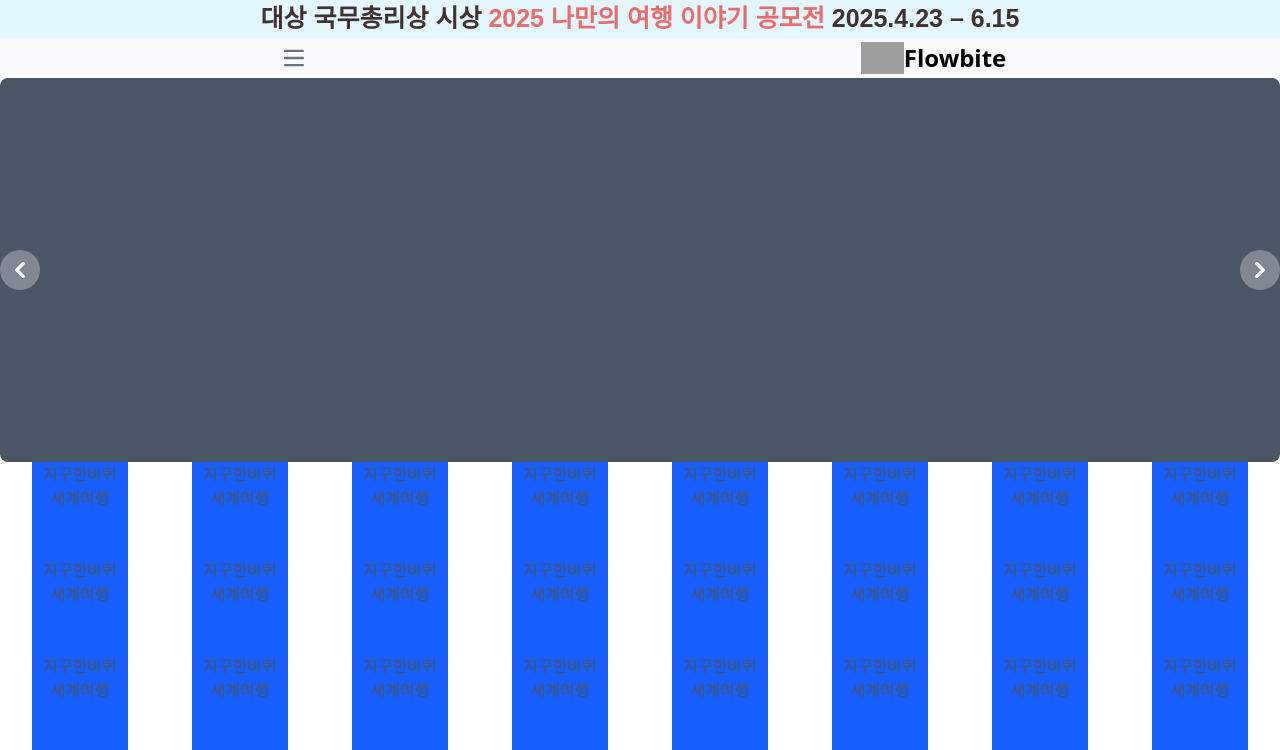
Repository: hyerim1234/travelblog
Page: html/index.html
An editor plug-in stored every save of this project. The page is shown before and after a run of saves, followed by the edit.
The browser window is 1280 px wide. The pictures show the whole page.
Pictures or frames that could not be fetched are drawn as grey boxes. Some web fonts or font styles are not loaded; a fallback is used. The style sheet was rebuilt from its Sass, Less or Tailwind sources for each picture, by a compiler version that may differ from the author's.

Above is the page before, as saved 2025-05-19 15:38:41.

### html/index.html
<!DOCTYPE html>
<html lang="en">
<head>
    <meta charset="UTF-8">
    <meta name="viewport" content="width=device-width, initial-scale=1.0">
    <title>여행블로그_250516</title>
    <link rel="stylesheet" href="../css/index.css">
    <link rel="preload" as="font" href="https://fastly.jsdelivr.net/gh/projectnoonnu/noonfonts_2102-01@1.0/RixYeoljeongdo_Regular.woff" type="font/woff" crossorigin>
    <script src="https://cdn.jsdelivr.net/npm/@tailwindcss/browser@4" defer></script>

</head>

<body>
   <!-- 1) 이벤트 배너 -->
  <div id="event-banner">
    <h1>
        대상 국무총리상 시상
        <span >2025 나만의 여행 이야기 공모전</span>
        2025.4.23 – 6.15
    </h1>
  </div>


  <!-- 주 네비게이션 메뉴 -->
  <nav class="border-gray-200 bg-gray-50">
    <div class="max-w-screen-xl flex flex-wrap items-center p-4">

      <!-- <a href="#" class="flex items-center space-x-3 rtl:space-x-reverse">
          <img src="https://flowbite.com/docs/images/logo.svg" class="h-8" alt="Flowbite Logo" />
          <span class="self-center text-2xl font-semibold whitespace-nowrap dark:text-white">Flowbite</span>
      </a> -->

      <button data-collapse-toggle="navbar-hamburger" type="button" class="inline-flex items-center justify-center p-2 w-10 h-10 text-sm text-gray-500 rounded-lg hover:bg-gray-100 focus:outline-none focus:ring-2 focus:ring-gray-200 dark:text-gray-400 dark:hover:bg-gray-700 dark:focus:ring-gray-600" aria-controls="navbar-hamburger" aria-expanded="false">
        <span class="sr-only">Open main menu</span>
        <svg class="w-5 h-5" aria-hidden="true" xmlns="http://www.w3.org/2000/svg" fill="none" viewBox="0 0 17 14">
            <path stroke="currentColor" stroke-linecap="round" stroke-linejoin="round" stroke-width="2" d="M1 1h15M1 7h15M1 13h15"/>
        </svg>
      </button>

        <a href="#" class="flex items-center space-x-3 ">
          <img src="https://flowbite.com/docs/images/logo.svg" class="h-8" alt="Flowbite Logo" />
          <span class="self-center text-2xl font-semibold whitespace-nowrap dark:text-white">Flowbite</span>
        </a>

      <div class="hidden w-full" id="navbar-hamburger">
        <ul class="flex flex-col font-medium mt-4 rounded-lg bg-gray-50 dark:bg-gray-800 dark:border-gray-700">
          <li>
            <a href="#" class="block py-2 px-3 text-white bg-blue-700 rounded-sm dark:bg-blue-600" aria-current="page">Home</a>
          </li>
          <li>
            <a href="#" class="block py-2 px-3 text-gray-900 rounded-sm hover:bg-gray-100 dark:text-gray-400 dark:hover:bg-gray-700 dark:hover:text-white">Services</a>
          </li>
          <li>
            <a href="#" class="block py-2 px-3 text-gray-900 rounded-sm hover:bg-gray-100 dark:text-gray-400 md:dark:hover:text-white dark:hover:bg-gray-700 dark:hover:text-white">Pricing</a>
          </li>
          <li>
            <a href="#" class="block py-2 px-3 text-gray-900 rounded-sm hover:bg-gray-100 dark:text-gray-400 dark:hover:bg-gray-700 dark:hover:text-white">Contact</a>
          </li>
        </ul>
      </div>
    </div>
  </nav>



<main class="py-8">
  <!-- 2) 슬라이더 섹션 -->
  <div id="controls-carousel" class="relative w-full" data-carousel="static">
      <!-- Carousel wrapper -->
      <div class="relative h-56 overflow-hidden rounded-lg md:h-96 bg-gray-600">
          <!-- Item 1 -->
          <div class="hidden duration-700 ease-in-out" data-carousel-item>
              <img src="/docs/images/carousel/carousel-1.svg" class="absolute block w-full -translate-x-1/2 -translate-y-1/2 top-1/2 left-1/2 bg-gray-100" alt="...">
          </div>
          <!-- Item 2 -->
          <div class="hidden duration-700 ease-in-out" data-carousel-item="active">
              <img src="/docs/images/carousel/carousel-2.svg" class="absolute block w-full -translate-x-1/2 -translate-y-1/2 top-1/2 left-1/2" alt="...">
          </div>
          <!-- Item 3 -->
          <div class="hidden duration-700 ease-in-out" data-carousel-item>
              <img src="/docs/images/carousel/carousel-3.svg" class="absolute block w-full -translate-x-1/2 -translate-y-1/2 top-1/2 left-1/2" alt="...">
          </div>
          <!-- Item 4 -->
          <div class="hidden duration-700 ease-in-out" data-carousel-item>
              <img src="/docs/images/carousel/carousel-4.svg" class="absolute block w-full -translate-x-1/2 -translate-y-1/2 top-1/2 left-1/2" alt="...">
          </div>
          <!-- Item 5 -->
          <div class="hidden duration-700 ease-in-out" data-carousel-item>
              <img src="/docs/images/carousel/carousel-5.svg" class="absolute block w-full -translate-x-1/2 -translate-y-1/2 top-1/2 left-1/2" alt="...">
          </div>
      </div>
      <!-- Slider controls -->
      <button type="button" class="absolute top-0 start-0 z-30 flex items-center justify-center h-full px-4 cursor-pointer group focus:outline-none" data-carousel-prev>
          <span class="inline-flex items-center justify-center w-10 h-10 rounded-full bg-white/30 dark:bg-gray-800/30 group-hover:bg-white/50 dark:group-hover:bg-gray-800/60 group-focus:ring-4 group-focus:ring-white dark:group-focus:ring-gray-800/70 group-focus:outline-none">
              <svg class="w-4 h-4 text-white dark:text-gray-800 rtl:rotate-180" aria-hidden="true" xmlns="http://www.w3.org/2000/svg" fill="none" viewBox="0 0 6 10">
                  <path stroke="currentColor" stroke-linecap="round" stroke-linejoin="round" stroke-width="2" d="M5 1 1 5l4 4"/>
              </svg>
              <span class="sr-only">Previous</span>
          </span>
      </button>
      <button type="button" class="absolute top-0 end-0 z-30 flex items-center justify-center h-full px-4 cursor-pointer group focus:outline-none" data-carousel-next>
          <span class="inline-flex items-center justify-center w-10 h-10 rounded-full bg-white/30 dark:bg-gray-800/30 group-hover:bg-white/50 dark:group-hover:bg-gray-800/60 group-focus:ring-4 group-focus:ring-white dark:group-focus:ring-gray-800/70 group-focus:outline-none">
              <svg class="w-4 h-4 text-white dark:text-gray-800 rtl:rotate-180" aria-hidden="true" xmlns="http://www.w3.org/2000/svg" fill="none" viewBox="0 0 6 10">
                  <path stroke="currentColor" stroke-linecap="round" stroke-linejoin="round" stroke-width="2" d="m1 9 4-4-4-4"/>
              </svg>
              <span class="sr-only">Next</span>
          </span>
      </button>
  </div>


  <section>
    <!-- 1. 래퍼: 모바일에서 좌우 스크롤 -->
    <div class="overflow-x-auto">
      <!-- 2. 실제 그리드 -->
      <div class="flex grid-col-8 grid-row-">
        <!-- ==== 1행 ==== -->
        <div class="p-6 text-center size-24 bg-blue-600 ">
          <p class="text-gray-600 text-base">지구한바퀴<br/>세계여행</p>
        </div>

        <div class=" p-6 text-center  size-24 bg-blue-600 ">
          <p class="text-gray-600 text-base">지구한바퀴<br/>세계여행</p>
        </div>

        <div class=" p-6 text-center  size-24 bg-blue-600 ">
          <p class="text-gray-600 text-base">지구한바퀴<br/>세계여행</p>
        </div>

        <div class=" p-6 text-center  size-24 bg-blue-600 ">
          <p class="text-gray-600 text-base">지구한바퀴<br/>세계여행</p>
        </div>

         <div class=" p-6 text-center  size-24 bg-blue-600 ">
          <p class="text-gray-600 text-base">지구한바퀴<br/>세계여행</p>
        </div>

         <div class=" p-6 text-center  size-24 bg-blue-600 ">
          <p class="text-gray-600 text-base">지구한바퀴<br/>세계여행</p>
        </div>

         <div class=" p-6 text-center  size-24 bg-blue-600 ">
          <p class="text-gray-600 text-base">지구한바퀴<br/>세계여행</p>
        </div>

         <div class=" p-6 text-center  size-24 bg-blue-600 ">
          <p class="text-gray-600 text-base">지구한바퀴<br/>세계여행</p>
        </div>
      </div>

      <div class="flex ">
        <!-- ==== 2행 ==== -->
        <div class="p-6 text-center size-24 bg-blue-600 ">
          <p class="text-gray-600 text-base">지구한바퀴<br/>세계여행</p>
        </div>

        <div class=" p-6 text-center  size-24 bg-blue-600 ">
          <p class="text-gray-600 text-base">지구한바퀴<br/>세계여행</p>
        </div>

        <div class=" p-6 text-center  size-24 bg-blue-600 ">
          <p class="text-gray-600 text-base">지구한바퀴<br/>세계여행</p>
        </div>

        <div class=" p-6 text-center  size-24 bg-blue-600 ">
          <p class="text-gray-600 text-base">지구한바퀴<br/>세계여행</p>
        </div>

         <div class=" p-6 text-center  size-24 bg-blue-600 ">
          <p class="text-gray-600 text-base">지구한바퀴<br/>세계여행</p>
        </div>

         <div class=" p-6 text-center  size-24 bg-blue-600 ">
          <p class="text-gray-600 text-base">지구한바퀴<br/>세계여행</p>
        </div>

         <div class=" p-6 text-center  size-24 bg-blue-600 ">
          <p class="text-gray-600 text-base">지구한바퀴<br/>세계여행</p>
        </div>

         <div class=" p-6 text-center  size-24 bg-blue-600 ">
          <p class="text-gray-600 text-base">지구한바퀴<br/>세계여행</p>
        </div>
      </div>

      <div class="flex grid-col-8 grid-row-3">
        <!-- ==== 3행 ==== -->
        <div class="p-6 text-center size-24 bg-blue-600 ">
          <p class="text-gray-600 text-base">지구한바퀴<br/>세계여행</p>
        </div>

        <div class=" p-6 text-center  size-24 bg-blue-600 ">
          <p class="text-gray-600 text-base">지구한바퀴<br/>세계여행</p>
        </div>

        <div class=" p-6 text-center  size-24 bg-blue-600 ">
          <p class="text-gray-600 text-base">지구한바퀴<br/>세계여행</p>
        </div>

        <div class=" p-6 text-center  size-24 bg-blue-600 ">
          <p class="text-gray-600 text-base">지구한바퀴<br/>세계여행</p>
        </div>

         <div class=" p-6 text-center  size-24 bg-blue-600 ">
          <p class="text-gray-600 text-base">지구한바퀴<br/>세계여행</p>
        </div>

         <div class=" p-6 text-center  size-24 bg-blue-600 ">
          <p class="text-gray-600 text-base">지구한바퀴<br/>세계여행</p>
        </div>

         <div class=" p-6 text-center  size-24 bg-blue-600 ">
          <p class="text-gray-600 text-base">지구한바퀴<br/>세계여행</p>
        </div>

         <div class=" p-6 text-center  size-24 bg-blue-600 ">
          <p class="text-gray-600 text-base">지구한바퀴<br/>세계여행</p>
        </div>
      </div>


    </div>
  </section>
</main>

  <footer>
    <!-- 저작권, 연락처, 사이트 맵 등의 푸터 콘텐츠 -->
  </footer>
</body>
</html>

### css/index.scss
*{
    margin: 0 auto;
    padding: 0;
    box-sizing: border-box;

}

@font-face {
    font-family: 'GmarketSansMedium';
    src: url('https://fastly.jsdelivr.net/gh/projectnoonnu/noonfonts_2001@1.1/GmarketSansMedium.woff') format('woff');
    font-weight: normal;
    font-style: normal;
}

#event-banner{
    background-color: #e4f6fe;
    > h1{
        text-align: center;
        font-size: 25px;
        font-family: 'GmarketSansMedium', sans-serif;
        font-style: normal;
        font-display: swap;
        font-weight: 900;
        color: #413231;

        >span{
            color:#EA6B6B;
        }
    }
}

After the next 3 saves:
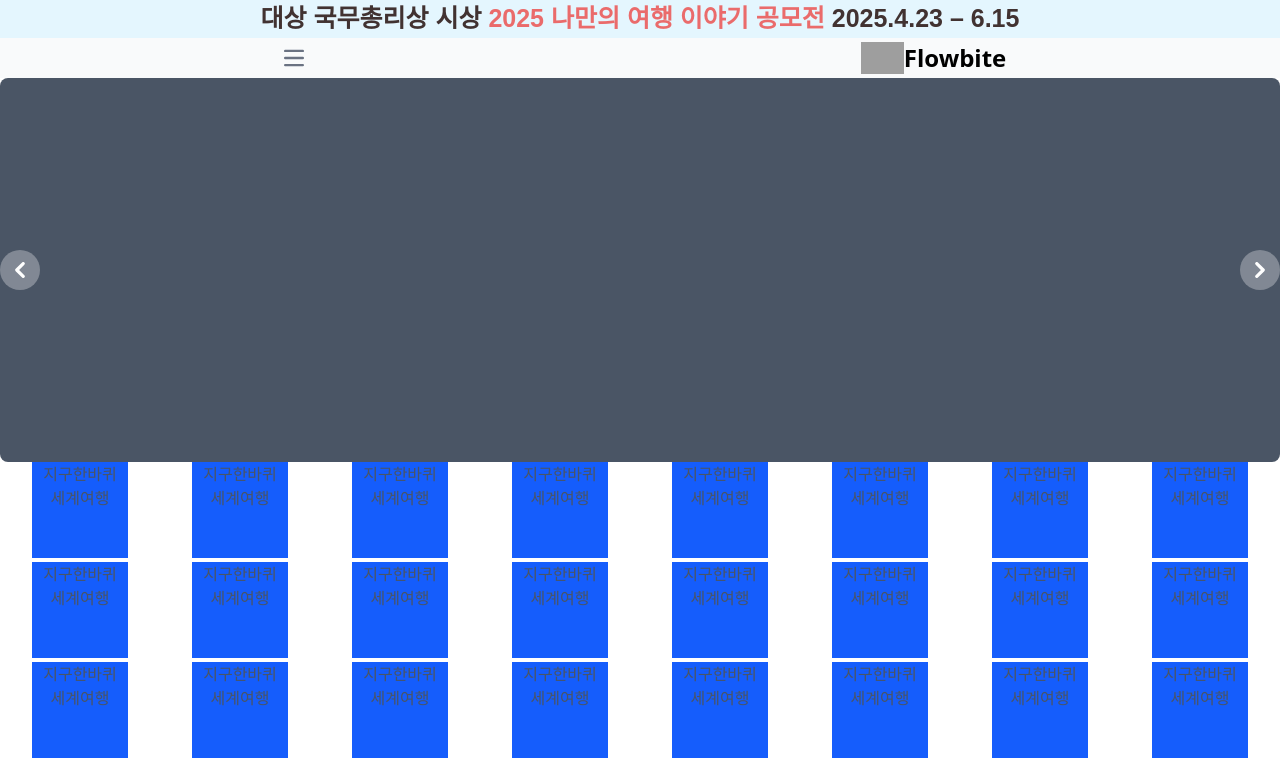
The 3 saves are shown as one change because they came seconds apart.
The last was saved 12 s later.
--- a/html/index.html
+++ b/html/index.html
@@ -148,7 +148,7 @@
         </div>
       </div>
 
-      <div class="flex ">
+      <div class="flex " style="margin: 4px 0px;">
         <!-- ==== 2행 ==== -->
         <div class="p-6 text-center size-24 bg-blue-600 ">
           <p class="text-gray-600 text-base">지구한바퀴<br/>세계여행</p>
